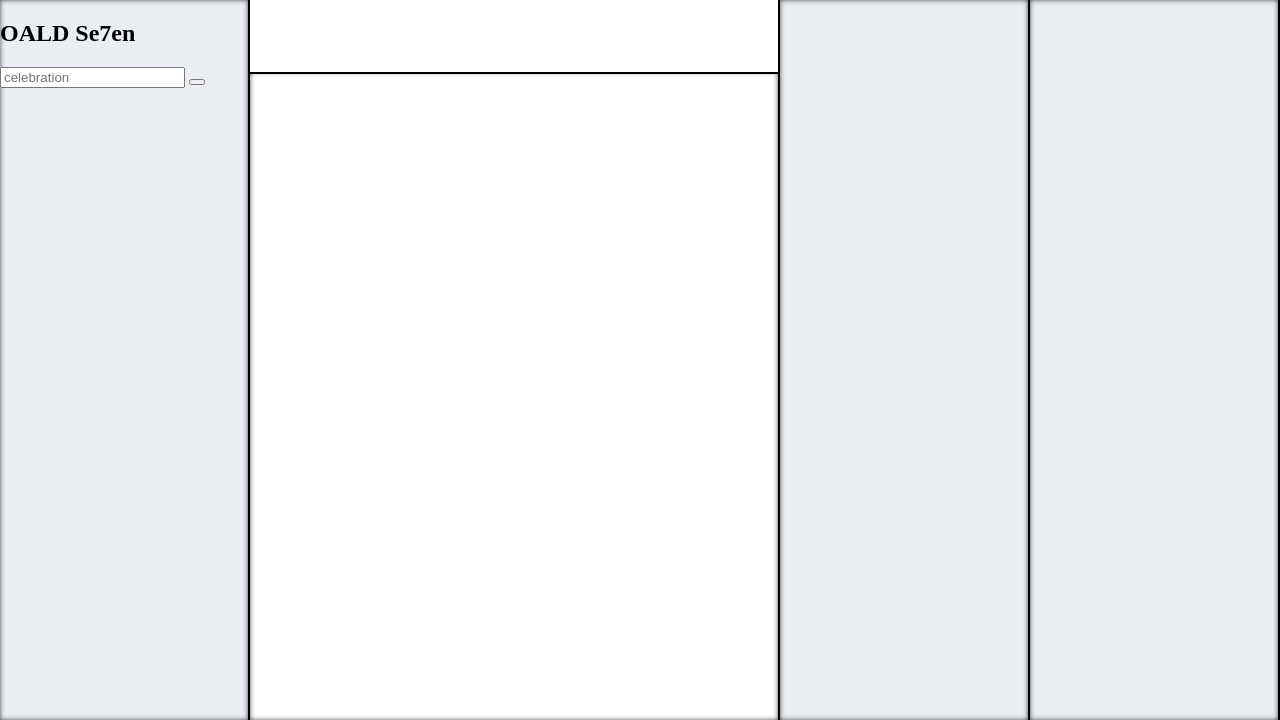
Repository: JJianZ/miao
Page: a.html
The author's editor kept a copy of each file at every save. The page is drawn from the files as they stood at one save, then again after the next save.
The browser window is 1280 px wide. The pictures show the whole page.

Above is the page before, as saved 2021-11-23 10:41:00.

### a.html
<!DOCTYPE html>
<html lang="en">
<head>
  <meta charset="UTF-8">
  <meta http-equiv="X-UA-Compatible" content="IE=edge">
  <meta name="viewport" content="width=device-width, initial-scale=1.0">
  <title>Document</title>
  <style>
    html,body {
      margin: 0;
      padding: 0;
      height: 100%;
    }

    div {
      /* width: 100%; */
      height: 100%;
      position: relative;
      min-width: 300px;
      overflow: auto;
    }
    div > * {
      box-shadow:0px 0px 5px rgba(0,0,0,0.7) inset;
    }
    aside {
      position: absolute;
      width: 250px;
      height: 100%;
      background-color: #eaeef3;
      border-right: black 2px solid;
      box-sizing: border-box;
    }
    header {
      position: absolute;
      left: 250px;
      height: 72px;
      right: 500px;
      line-height: 720px;
      border-bottom: black 2px solid;
      border-right: black 2px solid;
      box-shadow: none;
    }
    main {
      position: absolute;
      top: 72px;
      left: 250px;
      right: 500px;
      bottom: 0;
      border-right: black 2px solid;

    }
    .second {
      right: 250px;
    }
    .third {
      right: 0px;
    }
  </style>
</head>
<body>
  <div>
    <aside class="first">
      <h2>OALD Se7en</h2>
      <input type="text" placeholder="celebration">
      <button></button>
    </aside>
    <header></header>
    <main></main>
    <aside class="second"></aside>
    <aside class="third"></aside>
  </div>
</body>
</html>

After the next save:
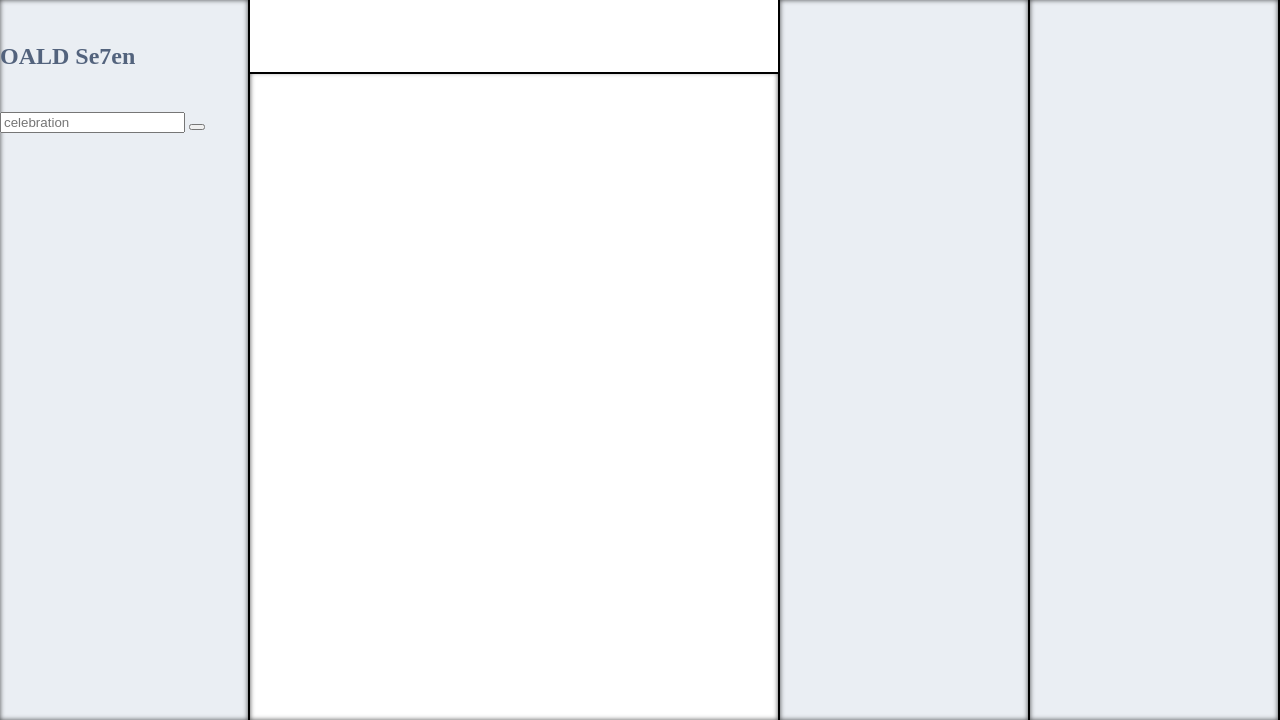
Saved 51 s later.
--- a/a.html
+++ b/a.html
@@ -29,6 +29,15 @@
       background-color: #eaeef3;
       border-right: black 2px solid;
       box-sizing: border-box;
+    }
+    h2 {
+      position: relative;
+      height: 72px;
+      line-height: 72px;
+      color: #53637d;
+    }
+    .first h2 {
+
     }
     header {
       position: absolute;
